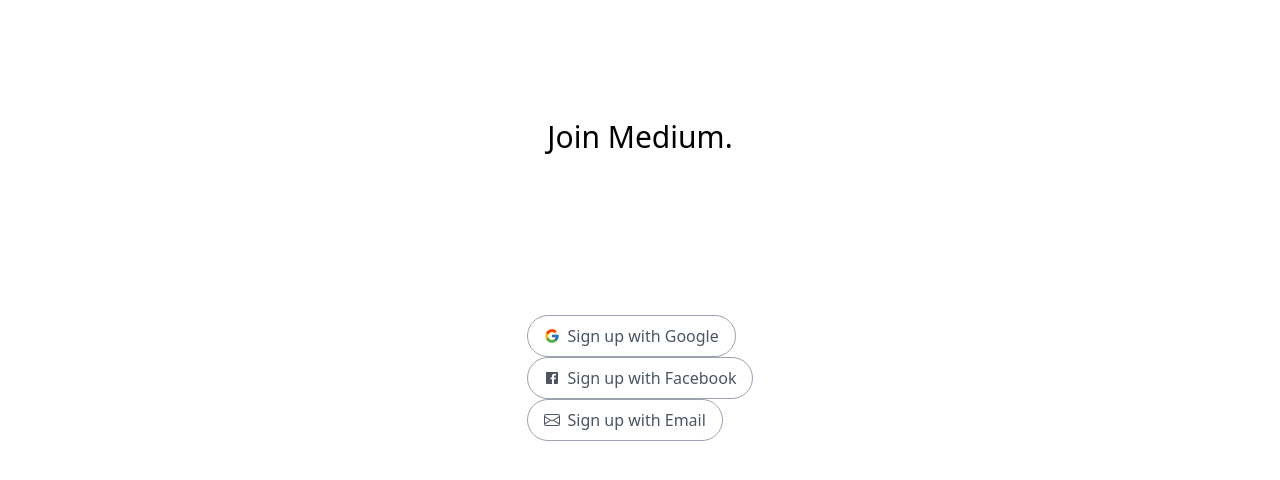
Repository: hisreal123/yt-build
Page: /m/CreateAccount
These files come from the project's save history. The page is drawn as it stood at one moment and after the next save; the edit follows.
The browser window is 1280 px wide. The pictures show the whole page.
The project was rebuilt for these pictures with package versions that can differ from the ones it lists, and the page was loaded fresh each time. The framework's server and built-in components were replaced by stand-ins that run in the browser. Also part of the build but not shown: next.config.js.

Above is the page before, as saved 2022-11-12 14:07:22.

### pages/m/CreateAccount.tsx
import Link from "next/link";
import React from "react";
import { FcGoogle } from "react-icons/fc";
import { IoLogoFacebook } from "react-icons/io";
import { BsEnvelope } from "react-icons/bs";

function CreateAccount() {
  return (
    <div className="h-screen w-screen flex flex-col justify-center items-center">
      <h2 className=" -translate-y-40 text-3xl font-medium  ">
        {" "}
        Join Medium.{" "}
      </h2>

      <div className="social">
        <Link href=" https://medium.com/m/connect/google?state=google-%7Chttps%3A%2F%2Fmedium.com%2Fnew-story%3Fsource%3Dregister-------------------------------------%7Cregister&source=register-------------------------------------">
          <a className=" space-x-2 flex  items-center py-2 px-4 border border-gray-400  w-fit rounded-full text-gray-600 hover:text-gray-800 hover:border-gray-600">
            <FcGoogle />
            <p> Sign up with Google</p>
          </a>
        </Link>
        <Link href=" https://medium.com/m/connect/google?state=google-%7Chttps%3A%2F%2Fmedium.com%2Fnew-story%3Fsource%3Dregister-------------------------------------%7Cregister&source=register-------------------------------------">
          <a className=" space-x-2 flex  items-center py-2 px-4 border border-gray-400  w-fit rounded-full text-gray-600 hover:text-gray-800 hover:border-gray-600">
            <IoLogoFacebook />
            <p> Sign up with Facebook</p>
          </a>
        </Link>
        <Link href=" https://medium.com/m/connect/google?state=google-%7Chttps%3A%2F%2Fmedium.com%2Fnew-story%3Fsource%3Dregister-------------------------------------%7Cregister&source=register-------------------------------------">
          <a className=" space-x-2 flex  items-center py-2 px-4 border border-gray-400  w-fit rounded-full text-gray-600 hover:text-gray-800 hover:border-gray-600">
            <BsEnvelope />
            <p> Sign up with Email</p>
          </a>
        </Link>
      </div>
    </div>
  );
}

export default CreateAccount;

Loaded but not shown: pages/_app.tsx (common file); styles/globals.css (common file); tailwind.config.js (common file)

After the next save:
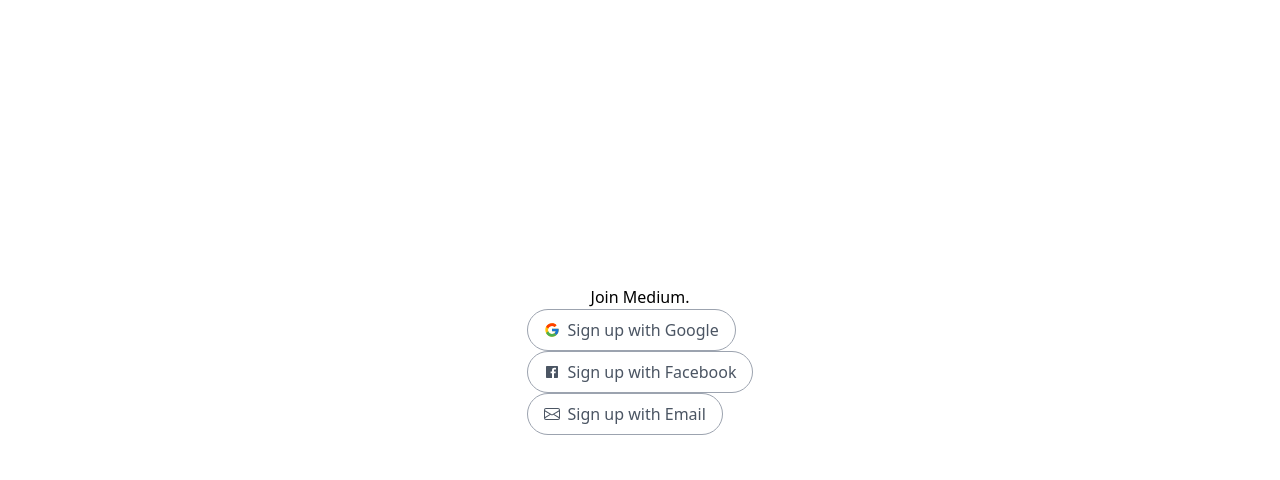
Saved 13 s later.
--- a/pages/m/CreateAccount.tsx
+++ b/pages/m/CreateAccount.tsx
@@ -7,7 +7,7 @@
 function CreateAccount() {
   return (
     <div className="h-screen w-screen flex flex-col justify-center items-center">
-      <h2 className=" -translate-y-40 text-3xl font-medium  ">
+      <h2 className=" -translate-y-30text-3xl font-medium  ">
         {" "}
         Join Medium.{" "}
       </h2>
